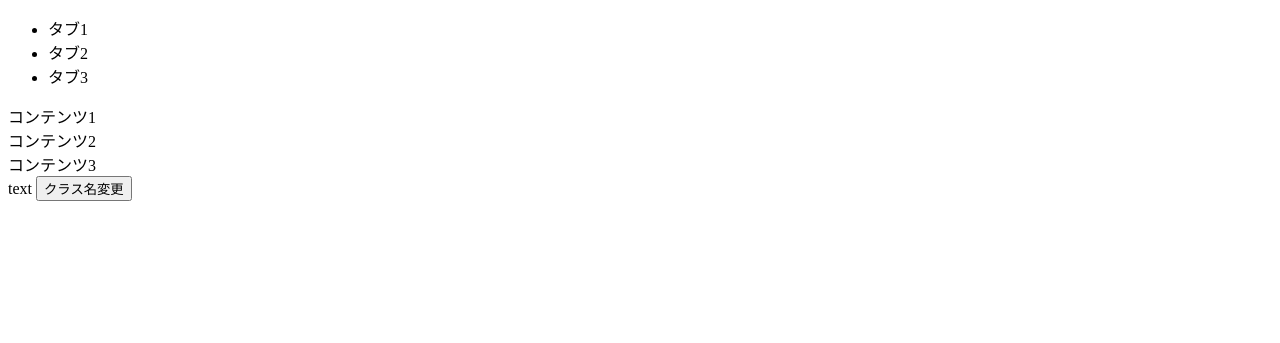
Repository: masanarimiura/20220617_miura
Page: index.html
These files come from the project's save history. The page is drawn as it stood at one moment and after the next save; the edit follows.
The browser window is 1280 px wide. The pictures show the whole page.

Above is the page before, as saved 2022-06-17 17:07:28.

### index.html
<!DOCTYPE html>
<html lang="ja">

<head>
  <meta charset="UTF-8">
  <meta http-equiv="X-UA-Compatible" content="IE=edge">
  <meta name="viewport" content="width=device-width, initial-scale=1.0">
  <title>Document</title>
  <script src="https://cdn.jsdelivr.net/npm/vue@2/dist/vue.js"></script>
</head>

<body>
  <!-- 切り替えタブ -->
  <div id="tab">
    <ul class="tab-menu">
      <li class="tab-menu__item active">タブ1</li>
      <li class="tab-menu__item">タブ2</li>
      <li class="tab-menu__item">タブ3</li>
    </ul>
    <div class="tab-content">
      <div class="tab-content__item show">コンテンツ1</div>
      <div class="tab-content__item">コンテンツ2</div>
      <div class="tab-content__item">コンテンツ3</div>
    </div>
  </div>

  <div id="app">
    <a v-bind:class="customClassName">text</a>
    <button v-on:click="changeClassName">クラス名変更</button>
  </div>
  <script>
    const vm = new Vue({
      el: '#tab',
      data() {
        return {
          customClassName: null,
        }
      },
      methods: {
        changeClassName() {
          this.customClassName = 'bigFont';
        }
      }
    });
  </script>
  <style>

  </style>
  </body>

</html>

After the next save:
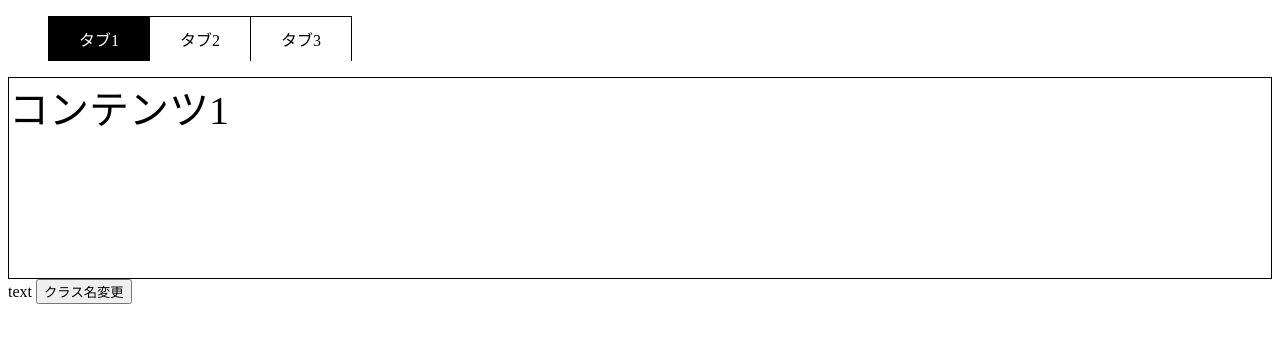
Saved 8 s later.
--- a/index.html
+++ b/index.html
@@ -44,7 +44,40 @@
     });
   </script>
   <style>
-
+    .tab {
+  width: 500px;
+}
+.tab-menu {
+  display: flex;
+}
+.tab-menu__item {
+  text-align: center;
+  padding: 10px 0;
+  cursor: pointer;
+  list-style: none;
+  width: 100px;
+  border-top: 1px solid #000;
+  border-left: 1px solid #000;
+  border-right: 1px solid #000;
+}
+.tab-menu__item:not(:first-child) {
+  border-left: none;
+}
+.tab-menu__item.active {
+  background: #000;
+  color: white;
+}
+.tab-content {
+  height: 200px;
+  border: 1px solid #000;
+}
+.tab-content__item {
+  display: none;
+  font-size: 40px;
+}
+.tab-content__item.show {
+  display: block;
+}
   </style>
   </body>
 
